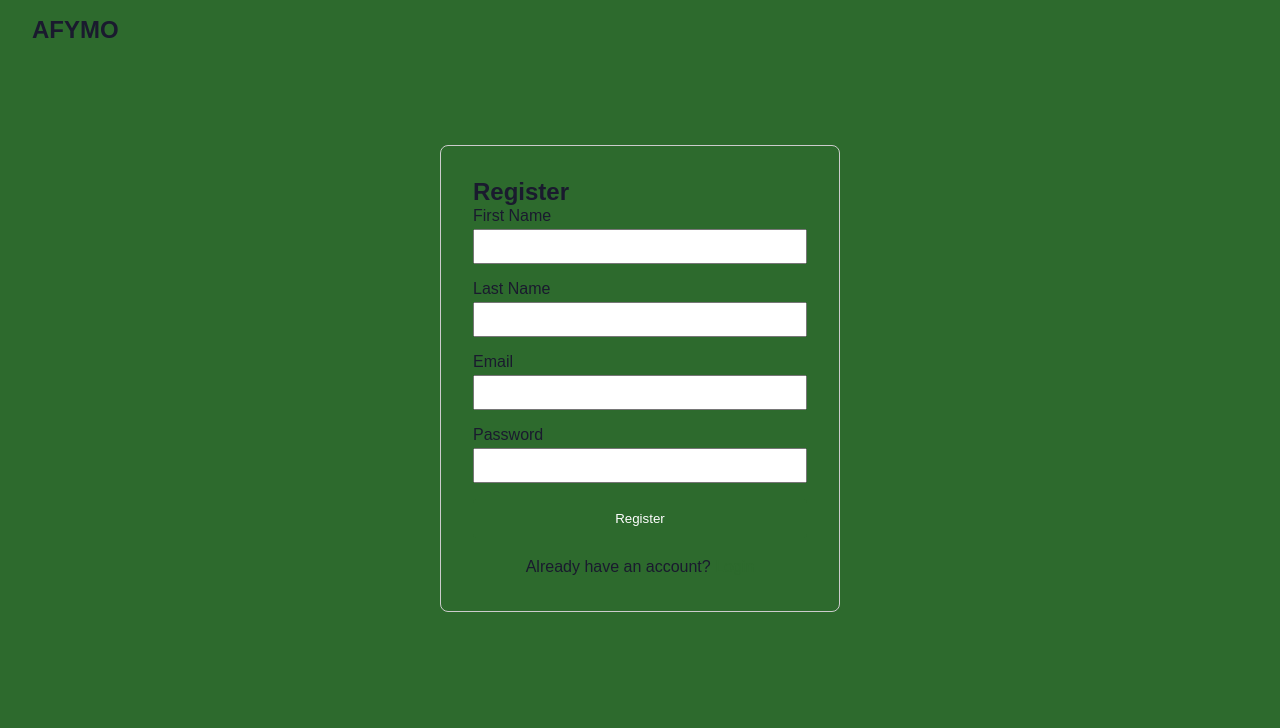
Repository: Bogo02/PhysioApp
Page: /register (app in physioapp-frontend/)
These files come from the project's save history. The page is drawn as it stood at one moment and after the next save; the edit follows.
The browser window is 1280 px wide. The pictures show the whole page.
The project was rebuilt for these pictures with package versions that can differ from the ones it lists, and the page was loaded fresh each time. Also part of the build but not shown: physioapp-frontend/vite.config.js, physioapp-frontend/src/pages/Home.jsx, physioapp-frontend/src/pages/Login.jsx, physioapp-frontend/src/pages/Dashboard.jsx, physioapp-frontend/src/pages/Appointments.jsx, physioapp-frontend/src/pages/BookAppointment.jsx, physioapp-frontend/src/pages/Profile.jsx, physioapp-frontend/src/pages/Services.jsx and 2 more.

Above is the page before, as saved 2026-06-08 16:46:31.

### physioapp-frontend/index.html
<!doctype html>
<html lang="en">
  <head>
    <meta charset="UTF-8" />
    <link rel="icon" type="image/svg+xml" href="/favicon.svg" />
    <meta name="viewport" content="width=device-width, initial-scale=1.0" />
    <title>physioapp-frontend</title>
  </head>
  <body>
    <div id="root"></div>
    <script type="module" src="/src/main.jsx"></script>
  </body>
</html>

### physioapp-frontend/src/main.jsx
import { StrictMode } from 'react'
import { createRoot } from 'react-dom/client'
import './index.css'
import App from './App.jsx'

createRoot(document.getElementById('root')).render(
  <StrictMode>
    <App />
  </StrictMode>
)

### physioapp-frontend/src/index.css
* {
  margin: 0;
  padding: 0;
  box-sizing: border-box;
}

body {
  font-family: 'Plus Jakarta Sans', sans-serif;
  background-color: #f8fdf8;
  background-image: repeating-linear-gradient(
    45deg,
    transparent,
    transparent 20px,
    rgba(45, 106, 45, 0.04) 20px,
    rgba(45, 106, 45, 0.04) 21px
  );
  color: #1a1a2e;
  -webkit-font-smoothing: antialiased;
}

h1, h2, h3, h4 {
  font-weight: 700;
  line-height: 1.2;
}

p {
  line-height: 1.6;
}

button {
  font-family: 'Plus Jakarta Sans', sans-serif;
  font-weight: 500;
  transition: opacity 0.2s ease;
}

button:hover {
  opacity: 0.85;
}

a {
  color: #2d6a2d;
  text-decoration: none;
}

a:hover {
  text-decoration: underline;
}

::-webkit-scrollbar {
  width: 6px;
}

::-webkit-scrollbar-track {
  background: #f1f5f9;
}

::-webkit-scrollbar-thumb {
  background: #2d6a2d;
  border-radius: 3px;
}

.swiper-button-next,
.swiper-button-prev {
  color: #2d6a2d !important;
}

.swiper-pagination-bullet-active {
  background: #2d6a2d !important;
}

.hex-bg {
  background-color: #ffffff;
  background-image: url("data:[embedded picture, 530 characters]");
}

### physioapp-frontend/src/App.jsx
import { BrowserRouter, Routes, Route } from 'react-router-dom'
import Home from './pages/Home'
import Login from './pages/Login'
import Register from './pages/Register'
import Dashboard from './pages/Dashboard'
import Appointments from './pages/Appointments'
import BookAppointment from './pages/BookAppointment'
import Profile from './pages/Profile'
import Services from './pages/Services'
import TherapistDashboard from './pages/TherapistDashboard'
import AdminPanel from './pages/AdminPanel'

function App() {
  return (
    <BrowserRouter>
      <Routes>
        <Route path="/" element={<Home />} />
        <Route path="/login" element={<Login />} />
        <Route path="/register" element={<Register />} />
        <Route path="/dashboard" element={<Dashboard />} />
        <Route path="/appointments" element={<Appointments />} />
        <Route path="/appointments/book" element={<BookAppointment />} />
        <Route path="/profile" element={<Profile />} />
        <Route path="/services" element={<Services />} />
        <Route path="/therapist" element={<TherapistDashboard/>} />
        <Route path="/admin" element={<AdminPanel/>} />

      </Routes>
    </BrowserRouter>
  )
}

export default App

### physioapp-frontend/src/pages/Register.jsx
import { useState } from 'react'
import axios from 'axios'
import { useNavigate } from 'react-router-dom'

function Register() {
    const [firstName,setFirstName] = useState('')
    const [lastName,setLastName] = useState('')
    const [email, setEmail] = useState('')
    const [password, setPassword] = useState('')
    const [error, setError] = useState('')
    const [role, setRole] = useState("USER");
    const navigate = useNavigate()

    const handleRegister = async (e) => {
        e.preventDefault()
        try{
            const response = await axios.post('http://localhost:8080/api/auth/register',{
                firstName,
                lastName,
                email,
                password,
                role
            })
        localStorage.setItem('token',response.data.token)
        localStorage.setItem('role',response.data.role)
        navigate('/')
        } catch (err) {
            setError('Registration failed. Email may already be in use.')
        }
    }

    return (
        <div style={{ padding: '1rem 2rem', background: '#2d6a2d' }}>
        <h2 style={{ margin: 0, cursor: 'pointer' }} onClick={() => navigate('/')}>AFYMO</h2>
        <div style = {{maxWidth: '400px',margin: '100px auto',padding:'2rem',border:'1px solid #ccc', borderRadius: '8px'}}>
            <h2>Register</h2>
            {error && <p style={{ color: 'red'}}>{error}</p>}
            <form onSubmit={handleRegister}>
            <div style={{marginBottom: '1rem'}}>
            <label>First Name</label>
            <input
                type="text"
                value={firstName}
                onChange={(e) => setFirstName(e.target.value)}
                style={{display: 'block',width: '100%', padding: '0.5rem',marginTop: '0.25rem'}}
                />
            </div>
            <div style={{marginBottom: '1rem'}}>
                <label>Last Name</label>
            <input
                type = "text"
                value = {lastName}
                onChange ={(e) => setLastName(e.target.value)}
                style={{display :'block', width: '100%', padding:'0.5rem',marginTop: '0.25rem'}}
                />
            </div>
            <div style={{ marginBottom: '1rem' }}>
            <label>Email</label>
                <input
                type="email"
                value={email}
                onChange={(e) => setEmail(e.target.value)}
                style={{ display: 'block', width: '100%', padding: '0.5rem', marginTop: '0.25rem' }}
            />
            </div>
            <div style={{marginBottom: '1rem'}}>
                <label>Password</label>
                <input
                type="password"
                value={password}
                onChange={(e)=> setPassword(e.target.value)}
                style={{display:'block',width:'100%',padding: '0.5rem', marginTop: '0.25rem' }}
                />
            </div>
            <button type="submit" style={{width:'100%', padding: '0.75rem', background: '#2d6a2d',color:'white',border: 'none', borderRadius: '4px',cursor: 'pointer'}}>
                Register
            </button>
            </form>
            <p style={{marginTop: '1rem',textAlign:'center'}}>
            Already have an account? <a href="/login">Login</a>
            </p>
            </div>
            </div>
    )
}

export default Register

After the next save:
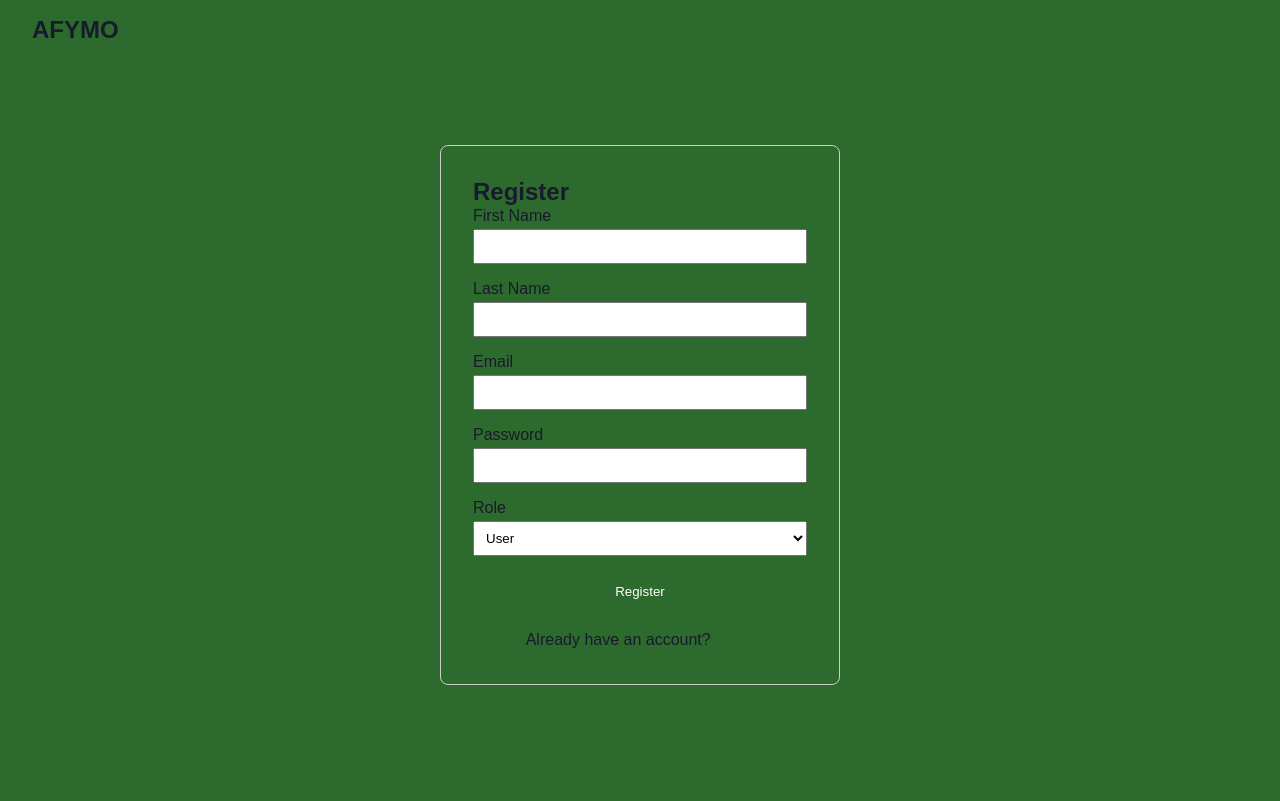
Saved 13 s later.
--- a/physioapp-frontend/src/pages/Register.jsx
+++ b/physioapp-frontend/src/pages/Register.jsx
@@ -71,7 +71,22 @@
                 onChange={(e)=> setPassword(e.target.value)}
                 style={{display:'block',width:'100%',padding: '0.5rem', marginTop: '0.25rem' }}
                 />
-            </div>
+            </div><div style={{ marginBottom: '1rem' }}>
+    <label>Role</label>
+    <select
+        value={role}
+        onChange={(e) => setRole(e.target.value)}
+        style={{
+            display: 'block',
+            width: '100%',
+            padding: '0.5rem',
+            marginTop: '0.25rem'
+        }}
+    >
+        <option value="USER">User</option>
+        <option value="ADMIN">Admin</option>
+    </select>
+</div>
             <button type="submit" style={{width:'100%', padding: '0.75rem', background: '#2d6a2d',color:'white',border: 'none', borderRadius: '4px',cursor: 'pointer'}}>
                 Register
             </button>

After the save that followed:
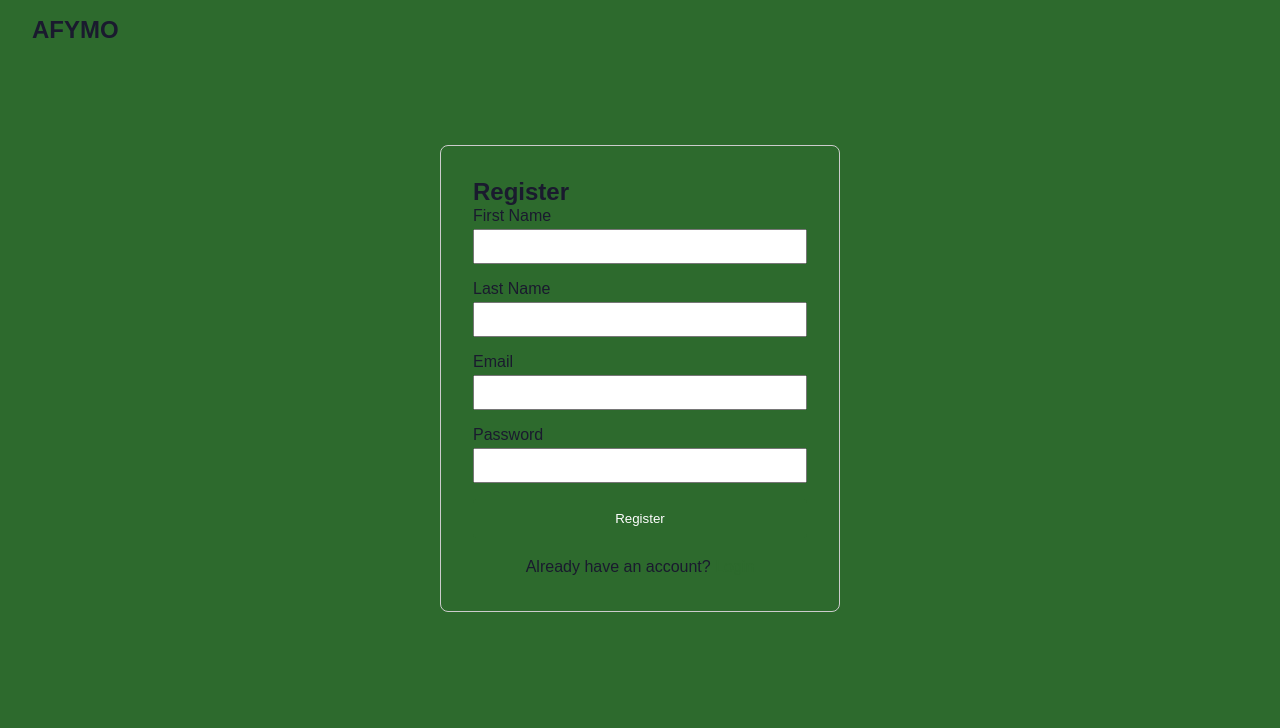
Saved 6 min 40 s later.
--- a/physioapp-frontend/src/pages/Register.jsx
+++ b/physioapp-frontend/src/pages/Register.jsx
@@ -8,7 +8,6 @@
     const [email, setEmail] = useState('')
     const [password, setPassword] = useState('')
     const [error, setError] = useState('')
-    const [role, setRole] = useState("USER");
     const navigate = useNavigate()
 
     const handleRegister = async (e) => {
@@ -18,8 +17,7 @@
                 firstName,
                 lastName,
                 email,
-                password,
-                role
+                password
             })
         localStorage.setItem('token',response.data.token)
         localStorage.setItem('role',response.data.role)
@@ -71,22 +69,7 @@
                 onChange={(e)=> setPassword(e.target.value)}
                 style={{display:'block',width:'100%',padding: '0.5rem', marginTop: '0.25rem' }}
                 />
-            </div><div style={{ marginBottom: '1rem' }}>
-    <label>Role</label>
-    <select
-        value={role}
-        onChange={(e) => setRole(e.target.value)}
-        style={{
-            display: 'block',
-            width: '100%',
-            padding: '0.5rem',
-            marginTop: '0.25rem'
-        }}
-    >
-        <option value="USER">User</option>
-        <option value="ADMIN">Admin</option>
-    </select>
-</div>
+            </div>
             <button type="submit" style={{width:'100%', padding: '0.75rem', background: '#2d6a2d',color:'white',border: 'none', borderRadius: '4px',cursor: 'pointer'}}>
                 Register
             </button>
